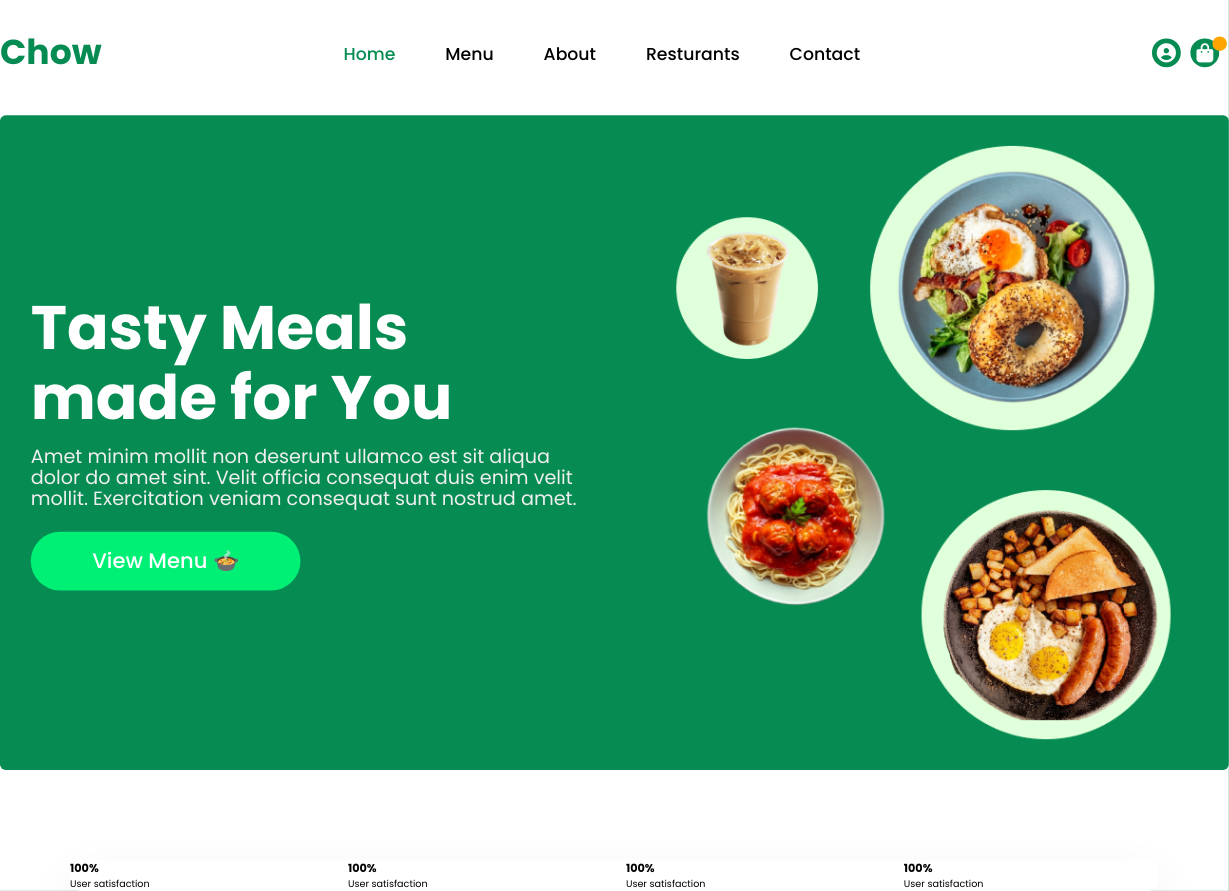
Repository: nguyennam1029/balbal
Page: index.html
These files come from the project's save history. The page is drawn as it stood at one moment and after the next save; the edit follows.
The browser window is 1280 px wide. The pictures show the whole page, at 96% of full size.
Some web libraries are served in a nearby version.

Above is the page before, as saved 2022-07-01 17:39:55.

### index.html
<!DOCTYPE html>
<html lang="en">
  <head>
    <meta charset="UTF-8" />
    <meta http-equiv="X-UA-Compatible" content="IE=edge" />
    <meta name="viewport" content="width=device-width, initial-scale=1.0" />
    <title>Chow</title>
    <link
      rel="stylesheet"
      href="https://cdnjs.cloudflare.com/ajax/libs/font-awesome/6.1.1/css/all.min.css"
      integrity="sha512-KfkfwYDsLkIlwQp6LFnl8zNdLGxu9YAA1QvwINks4PhcElQSvqcyVLLD9aMhXd13uQjoXtEKNosOWaZqXgel0g=="
      crossorigin="anonymous"
      referrerpolicy="no-referrer"
    />
    <link rel="stylesheet" href="css/grid.css" />
    <link rel="stylesheet" href="css/style.css" />
  </head>
  <body>
    <div class="grid wide">
      <div class="menu">
        <a href="#" class="menu-left">Chow</a>
        <ul class="menu-center">
          <li class="menu-center-item">
            <a href="#" class="menu-center--link active">Home</a>
          </li>
          <li class="menu-center-item">
            <a href="#" class="menu-center--link">Menu</a>
          </li>
          <li class="menu-center-item">
            <a href="#" class="menu-center--link">About</a>
          </li>
          <li class="menu-center-item">
            <a href="#" class="menu-center--link">Resturants</a>
          </li>
          <li class="menu-center-item">
            <a href="#" class="menu-center--link">Contact</a>
          </li>
        </ul>
        <ul class="menu-right">
          <li class="menu-right-item">
            <a href="#" class="menu-right--link">
              <i class="fa-solid fa-circle-user"></i>
            </a>
          </li>
          <li class="menu-right-item">
            <a href="#" class="menu-right--link active">
              <i class="fa-solid fa-bag-shopping"></i>
              <span class="menu-right--circle"></span>
            </a>
          </li>
        </ul>
      </div>
      <div class="banner">
        <div class="row">
          <div class="col l-6 m-6 c-12">
            <div class="banner-info">
              <h1 class="banner-title">Tasty Meals made for You</h1>
              <span class="banner-des"
                >Amet minim mollit non deserunt ullamco est sit aliqua dolor do
                amet sint. Velit officia consequat duis enim velit mollit.
                Exercitation veniam consequat sunt nostrud amet.</span
              >
              <a href="#" class="banner-btn"> View Menu 🍲 </a>
            </div>
          </div>
          <div class="col l-6 m-6 c-12">
            <div class="banner-img">
              <img src="images/banner1.png" alt="" />
            </div>
          </div>
        </div>
      </div>
      <div class="statistical">
        <div class="row">
          <div class="col l-3 m-6 c-12">
            <div class="statistical-item">
              <h3 class="statistical-item--title">100%</h3>
              <span class="statistical-item--des">User satisfaction</span>
            </div>
          </div>
          <div class="col l-3 m-6 c-12">
            <div class="statistical-item">
              <h3 class="statistical-item--title">100%</h3>
              <span class="statistical-item--des">User satisfaction</span>
            </div>
          </div>
          <div class="col l-3 m-6 c-12">
            <div class="statistical-item">
              <h3 class="statistical-item--title">100%</h3>
              <span class="statistical-item--des">User satisfaction</span>
            </div>
          </div>
          <div class="col l-3 m-6 c-12">
            <div class="statistical-item">
              <h3 class="statistical-item--title">100%</h3>
              <span class="statistical-item--des">User satisfaction</span>
            </div>
          </div>
        </div>
      </div>
    </div>
  </body>
</html>

### css/grid.css
/* L là pc ,  M là tablet, C là mobile  */
.grid {
    width  : 100%;
    display: block;
    padding: 0;
}

.grid.wide {
    max-width: 1280px;
    margin   : 0 auto;
}

.row {
    display     : flex;
    flex-wrap   : wrap;
    margin-left : -4px;
    margin-right: -4px;
}

.row.no-gutters {
    margin-left : 0;
    margin-right: 0;
}

.col {
    padding-left : 4px;
    padding-right: 4px;
}

.row.no-gutters .col {
    padding-left : 0;
    padding-right: 0;
}

.c-0 {
    display: none;
}

.c-1 {
    flex     : 0 0 8.33333%;
    max-width: 8.33333%;
}

.c-2 {
    flex     : 0 0 16.66667%;
    max-width: 16.66667%;
}

.c-3 {
    flex     : 0 0 25%;
    max-width: 25%;
}

.c-4 {
    flex     : 0 0 33.33333%;
    max-width: 33.33333%;
}

.c-5 {
    flex     : 0 0 41.66667%;
    max-width: 41.66667%;
}

.c-6 {
    flex     : 0 0 50%;
    max-width: 50%;
}

.c-7 {
    flex     : 0 0 58.33333%;
    max-width: 58.33333%;
}

.c-8 {
    flex     : 0 0 66.66667%;
    max-width: 66.66667%;
}

.c-9 {
    flex     : 0 0 75%;
    max-width: 75%;
}

.c-10 {
    flex     : 0 0 83.33333%;
    max-width: 83.33333%;
}

.c-11 {
    flex     : 0 0 91.66667%;
    max-width: 91.66667%;
}

.c-12 {
    flex     : 0 0 100%;
    max-width: 100%;
}

.c-o-1 {
    margin-left: 8.33333%;
}

.c-o-2 {
    margin-left: 16.66667%;
}

.c-o-3 {
    margin-left: 25%;
}

.c-o-4 {
    margin-left: 33.33333%;
}

.c-o-5 {
    margin-left: 41.66667%;
}

.c-o-6 {
    margin-left: 50%;
}

.c-o-7 {
    margin-left: 58.33333%;
}

.c-o-8 {
    margin-left: 66.66667%;
}

.c-o-9 {
    margin-left: 75%;
}

.c-o-10 {
    margin-left: 83.33333%;
}

.c-o-11 {
    margin-left: 91.66667%;
}

/* >= Tablet */
@media (min-width: 740px) {
    .row {
        margin-left : -8px;
        margin-right: -8px;
    }

    .col {
        padding-left : 8px;
        padding-right: 8px;
    }

    .m-0 {
        display: none;
    }

    .m-1,
    .m-2,
    .m-3,
    .m-4,
    .m-5,
    .m-6,
    .m-7,
    .m-8,
    .m-9,
    .m-10,
    .m-11,
    .m-12 {
        display: block;
    }

    .m-1 {
        flex     : 0 0 8.33333%;
        max-width: 8.33333%;
    }

    .m-2 {
        flex     : 0 0 16.66667%;
        max-width: 16.66667%;
    }

    .m-3 {
        flex     : 0 0 25%;
        max-width: 25%;
    }

    .m-4 {
        flex     : 0 0 33.33333%;
        max-width: 33.33333%;
    }

    .m-5 {
        flex     : 0 0 41.66667%;
        max-width: 41.66667%;
    }

    .m-6 {
        flex     : 0 0 50%;
        max-width: 50%;
    }

    .m-7 {
        flex     : 0 0 58.33333%;
        max-width: 58.33333%;
    }

    .m-8 {
        flex     : 0 0 66.66667%;
        max-width: 66.66667%;
    }

    .m-9 {
        flex     : 0 0 75%;
        max-width: 75%;
    }

    .m-10 {
        flex     : 0 0 83.33333%;
        max-width: 83.33333%;
    }

    .m-11 {
        flex     : 0 0 91.66667%;
        max-width: 91.66667%;
    }

    .m-12 {
        flex     : 0 0 100%;
        max-width: 100%;
    }

    .m-o-1 {
        margin-left: 8.33333%;
    }

    .m-o-2 {
        margin-left: 16.66667%;
    }

    .m-o-3 {
        margin-left: 25%;
    }

    .m-o-4 {
        margin-left: 33.33333%;
    }

    .m-o-5 {
        margin-left: 41.66667%;
    }

    .m-o-6 {
        margin-left: 50%;
    }

    .m-o-7 {
        margin-left: 58.33333%;
    }

    .m-o-8 {
        margin-left: 66.66667%;
    }

    .m-o-9 {
        margin-left: 75%;
    }

    .m-o-10 {
        margin-left: 83.33333%;
    }

    .m-o-11 {
        margin-left: 91.66667%;
    }
}

/* PC medium resolution > */
@media (min-width: 1113px) {
    .row {
        margin-left : -12px;
        margin-right: -12px;
    }

    .row.sm-gutter {
        margin-left : -5px;
        margin-right: -5px;
    }

    .col {
        padding-left : 12px;
        padding-right: 12px;
    }

    .row.sm-gutter .col {
        padding-left : 5px;
        padding-right: 5px;
    }

    .l-0 {
        display: none;
    }

    .l-1,
    .l-2,
    .l-2-4,
    .l-3,
    .l-4,
    .l-5,
    .l-6,
    .l-7,
    .l-8,
    .l-9,
    .l-10,
    .l-11,
    .l-12 {
        display: block;
    }

    .l-1 {
        flex     : 0 0 8.33333%;
        max-width: 8.33333%;
    }

    .l-2 {
        flex     : 0 0 16.66667%;
        max-width: 16.66667%;
    }

    .l-2-4 {
        flex     : 0 0 20%;
        max-width: 20%;
    }

    .l-3 {
        flex     : 0 0 25%;
        max-width: 25%;
    }

    .l-4 {
        flex     : 0 0 33.33333%;
        max-width: 33.33333%;
    }

    .l-5 {
        flex     : 0 0 41.66667%;
        max-width: 41.66667%;
    }

    .l-6 {
        flex     : 0 0 50%;
        max-width: 50%;
    }

    .l-7 {
        flex     : 0 0 58.33333%;
        max-width: 58.33333%;
    }

    .l-8 {
        flex     : 0 0 66.66667%;
        max-width: 66.66667%;
    }

    .l-9 {
        flex     : 0 0 75%;
        max-width: 75%;
    }

    .l-10 {
        flex     : 0 0 83.33333%;
        max-width: 83.33333%;
    }

    .l-11 {
        flex     : 0 0 91.66667%;
        max-width: 91.66667%;
    }

    .l-12 {
        flex     : 0 0 100%;
        max-width: 100%;
    }

    .l-o-1 {
        margin-left: 8.33333%;
    }

    .l-o-2 {
        margin-left: 16.66667%;
    }

    .l-o-3 {
        margin-left: 25%;
    }

    .l-o-4 {
        margin-left: 33.33333%;
    }

    .l-o-5 {
        margin-left: 41.66667%;
    }

    .l-o-6 {
        margin-left: 50%;
    }

    .l-o-7 {
        margin-left: 58.33333%;
    }

    .l-o-8 {
        margin-left: 66.66667%;
    }

    .l-o-9 {
        margin-left: 75%;
    }

    .l-o-10 {
        margin-left: 83.33333%;
    }

    .l-o-11 {
        margin-left: 91.66667%;
    }
}

/* Tablet - PC low resolution */
@media (min-width: 740px) and (max-width: 1023px) {
    .wide {
        width: 644px;
    }
}

/* > PC low resolution */
@media (min-width: 1024px) and (max-width: 1239px) {
    .wide {
        width: 984px;
    }

    .wide .row {
        margin-left : -12px;
        margin-right: -12px;
    }

    .wide .row.sm-gutter {
        margin-left : -5px;
        margin-right: -5px;
    }

    .wide .col {
        padding-left : 12px;
        padding-right: 12px;
    }

    .wide .row.sm-gutter .col {
        padding-left : 5px;
        padding-right: 5px;
    }

    .wide .l-0 {
        display: none;
    }

    .wide .l-1,
    .wide .l-2,
    .wide .l-2-4,
    .wide .l-3,
    .wide .l-4,
    .wide .l-5,
    .wide .l-6,
    .wide .l-7,
    .wide .l-8,
    .wide .l-9,
    .wide .l-10,
    .wide .l-11,
    .wide .l-12 {
        display: block;
    }

    .wide .l-1 {
        flex     : 0 0 8.33333%;
        max-width: 8.33333%;
    }

    .wide .l-2 {
        flex     : 0 0 16.66667%;
        max-width: 16.66667%;
    }

    .wide .l-2-4 {
        flex     : 0 0 20%;
        max-width: 20%;
    }

    .wide .l-3 {
        flex     : 0 0 25%;
        max-width: 25%;
    }

    .wide .l-4 {
        flex     : 0 0 33.33333%;
        max-width: 33.33333%;
    }

    .wide .l-5 {
        flex     : 0 0 41.66667%;
        max-width: 41.66667%;
    }

    .wide .l-6 {
        flex     : 0 0 50%;
        max-width: 50%;
    }

    .wide .l-7 {
        flex     : 0 0 58.33333%;
        max-width: 58.33333%;
    }

    .wide .l-8 {
        flex     : 0 0 66.66667%;
        max-width: 66.66667%;
    }

    .wide .l-9 {
        flex     : 0 0 75%;
        max-width: 75%;
    }

    .wide .l-10 {
        flex     : 0 0 83.33333%;
        max-width: 83.33333%;
    }

    .wide .l-11 {
        flex     : 0 0 91.66667%;
        max-width: 91.66667%;
    }

    .wide .l-12 {
        flex     : 0 0 100%;
        max-width: 100%;
    }

    .wide .l-o-1 {
        margin-left: 8.33333%;
    }

    .wide .l-o-2 {
        margin-left: 16.66667%;
    }

    .wide .l-o-3 {
        margin-left: 25%;
    }

    .wide .l-o-4 {
        margin-left: 33.33333%;
    }

    .wide .l-o-5 {
        margin-left: 41.66667%;
    }

    .wide .l-o-6 {
        margin-left: 50%;
    }

    .wide .l-o-7 {
        margin-left: 58.33333%;
    }

    .wide .l-o-8 {
        margin-left: 66.66667%;
    }

    .wide .l-o-9 {
        margin-left: 75%;
    }

    .wide .l-o-10 {
        margin-left: 83.33333%;
    }

    .wide .l-o-11 {
        margin-left: 91.66667%;
    }
}

### css/style.css
@import url('https://fonts.googleapis.com/css2?family=Poppins:wght@400;500;600;700&display=swap');

*,
*::before,
*::after {
    box-sizing: border-box;
}

* {
    margin : 0;
    padding: 0;
}

html {
    font-family: 'Poppins',
        sans-serif;
    font-size: 62.5%;
}

html,
body {
    height: 100%;
}

body {
    line-height: 1.5;
}

img,
picture,
video,
canvas,
svg {
    display  : block;
    max-width: 100%;
}

input,
button,
textarea,
select {
    font   : inherit;
    outline: none;
}

p,
h1,
h2,
h3,
h4,
h5,
h6 {
    overflow-wrap: break-word;
}

a {
    text-decoration: none;
}

ul {
    list-style: none;
}

.menu {
    display        : flex;
    justify-content: space-between;
    align-items    : center;
    margin         : 35px 0 45px;
}

.menu-left {
    font-weight: 700;
    font-size  : 3.6rem;
    line-height: 40px;

    color: #068C52;
}

.menu-center,
.menu-right {
    display        : flex;
    justify-content: center;
    align-items    : center;
}

.menu-center--link {
    margin-right: 52px;
    font-weight : 500;
    font-size   : 1.8rem;
    line-height : 27px;
    color       : #000000;
}

.menu-center--link.active {
    color: #068C52;
}

.menu-right--link {
    margin-right         : 10px;
    display              : flex;
    justify-content      : center;
    align-items          : center;
    width                : 30px;
    height               : 30px;
    border-radius        : 50%;
    -webkit-border-radius: 50%;
    -moz-border-radius   : 50%;
    -ms-border-radius    : 50%;
    -o-border-radius     : 50%;
    background-color     : #068C52;
}

.menu-right--link i {
    color    : #fff;
    font-size: 2rem;
}

.menu-right--link.active {
    position: relative;
}

.menu-right--circle {
    position             : absolute;
    top                  : -2px;
    right                : -8px;
    width                : 15px;
    height               : 15px;
    background           : #FFA500;
    border-radius        : 50%;
    -webkit-border-radius: 50%;
    -moz-border-radius   : 50%;
    -ms-border-radius    : 50%;
    -o-border-radius     : 50%;
}

.banner {
    background-color     : #068C52;
    border-radius        : 6px;
    -webkit-border-radius: 6px;
    -moz-border-radius   : 6px;
    -ms-border-radius    : 6px;
    -o-border-radius     : 6px;
    padding              : 32px;
}

.banner-info {
    display           : flex;
    justify-content   : center;
    /* align-items    : center; */
    flex-direction    : column;
    height            : 100%;
}

.banner-title {
    font-weight: 700;
    font-size  : 6.4rem;
    line-height: 72px;

    color: #FFFFFF;
}

.banner-des {
    font-weight: 400;
    font-size  : 2rem;
    line-height: 22px;
    display    : block;
    color      : #EFEFEF;
    margin     : 14px 0 24px;
}

.banner-btn {
    font-weight          : 500;
    font-size            : 2.2rem;
    line-height          : 33px;
    padding              : 14px 64px;
    /*Primary/White*/
    color                : #FFFFFF;
    background           : #00F076;
    border-radius        : 32px;
    -webkit-border-radius: 32px;
    -moz-border-radius   : 32px;
    -ms-border-radius    : 32px;
    -o-border-radius     : 32px;
    width                : fit-content;
}

.statistical {
    max-width   : 1134px;
    margin      : 94px auto;
    /* border   : 1px solid; */
    background  : #FFFFFF;
    /* Drop Shadow/High */

    box-shadow   : 0px 20px 50px rgba(18, 17, 39, 0.08);
    border-radius: 12px;
}

After the next save:
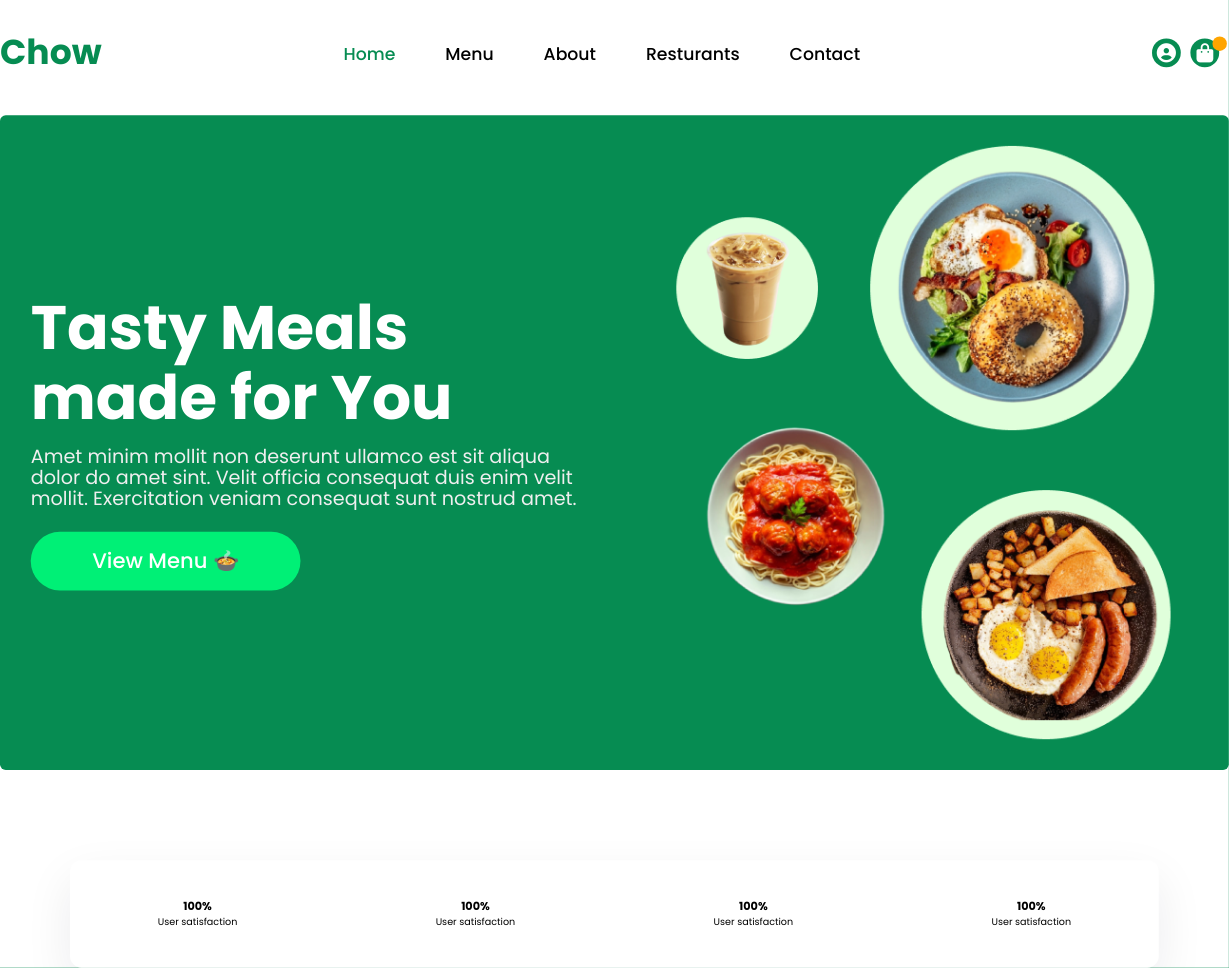
Saved 52 s later.
--- a/css/style.css
+++ b/css/style.css
@@ -185,12 +185,13 @@ ul {
 }
 
 .statistical {
-    max-width   : 1134px;
-    margin      : 94px auto;
-    /* border   : 1px solid; */
-    background  : #FFFFFF;
+    max-width    : 1134px;
+    margin       : 94px auto;
+    /* border    : 1px solid; */
+    background   : #FFFFFF;
     /* Drop Shadow/High */
-
+    padding      : 40px 0;
     box-shadow   : 0px 20px 50px rgba(18, 17, 39, 0.08);
     border-radius: 12px;
+    text-align   : center;
 }
